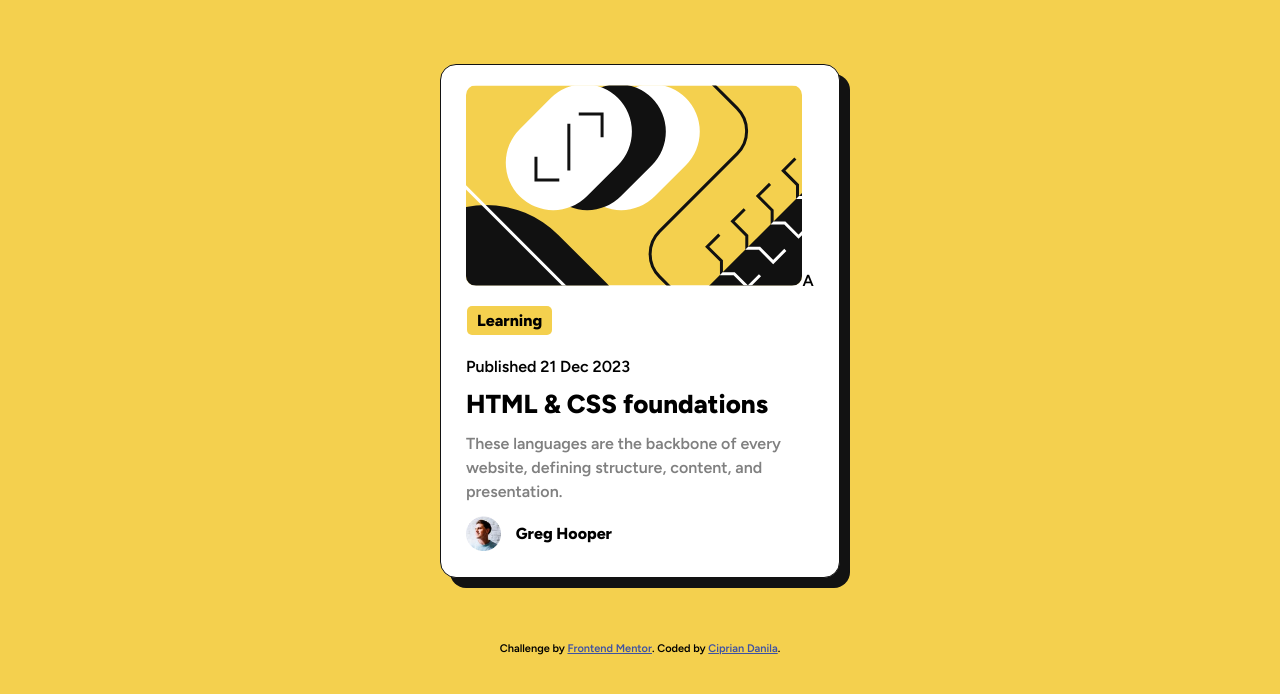
Repository: cipdanila/blog-preview-card
Page: index.html
The author's editor kept a copy of each file at every save. The page is drawn from the files as they stood at one save, then again after the next save.
The browser window is 1280 px wide. The pictures show the whole page.

Above is the page before, as saved 2024-01-26 19:30:14.

### index.html
<!DOCTYPE html>
<html lang="en">
<head>
  <meta charset="UTF-8">
  <meta name="viewport" content="width=device-width, initial-scale=1.0"> <!-- displays site properly based on user's device -->

  <link rel="icon" type="image/png" sizes="32x32" href="./assets/images/favicon-32x32.png">
  <link rel="stylesheet" href="style.css">
  <title>Frontend Mentor | Blog preview card</title>

</head>
<body>
  <main>
    <div class="container">
      <div class="image">
        <img src="./assets/images/illustration-article.svg" alt="illustration article">A
      </div>
      <div class="general">
        <div class="learning">
          <p>Learning</p>
        </div>
        <div class="publish">
          <p>Published 21 Dec 2023</p>
        </div>
        <div class="title">
          <h1>HTML & CSS foundations</h1>
        </div>
        <div class="info">
          <p>
            These languages are the backbone of every website, defining structure, content, and presentation.
          </p>
        </div>
        <div class="avatar">
          <img src="./assets/images/image-avatar.webp" alt="avatar">
          <p>Greg Hooper</p>
        </div>
      </div>
    </div>
  </main>

  <footer>
    <div class="attribution">
        Challenge by
        <a
            href="https://www.frontendmentor.io/challenges/blog-preview-card-ckPaj01IcS"
            target="_blank"
            rel="noopener noreferer"
            >Frontend Mentor</a
        >. Coded by <a href="https://github.com/cipdanila" target="_blank" rel="noopener noreferer">Ciprian Danila</a>.
    </div>
</footer>
</body>
</html>

### style.css
@import url('https://fonts.googleapis.com/css2?family=Figtree:wght@600;800&display=swap');

:root {
    /* Colors */
    /* Primary */
    --yellow: hsl(47, 88%, 63%);

    /* Neutral */
    --white: hsl(0, 0%, 100%);
    --grey: hsl(0, 0%, 50%);
    --black: hsl(0, 0%, 7%);
}

* {
    margin: 0;
    padding: 0;
    box-sizing: border-box;
}

body {
    display: flex;
    flex-direction: column;
    font-family: 'Figtree', sans-serif;
    font-size: 16px;
    font-weight: 600;
    background-color: var(--yellow);
}

.container {
    max-width: 400px;
    margin: 4rem auto;
    padding: 1.25rem 0.625rem;
    border-radius: 1rem;
    border: 1px solid var(--black);
    box-shadow: 10px 10px var(--black);
    display: flex;
    flex-direction: column;
    justify-content: center;
    align-items: center;
    background-color: var(--white);
}

.image img {
    border-radius: 0.625rem;
}

.general {
    display: flex;
    flex-direction: column;
    align-self: start;
}

.learning {
    width: fit-content;
    background-color: var(--yellow);
    margin: 1rem;
    padding: 5px 10px;
    border-radius: 5px;
    font-weight: 800;
}

.publish, .title, .info {
    width: auto;
    margin: 5px;
    padding: 1px 10px;
}

.title h1 {
    font-weight: 800;
    font-size: 1.625rem;
}

.info p {
    color: var(--grey);
    line-height: 1.5;
    font-weight: 100;
}

.avatar {
    width: auto;
    display: flex;
    align-items: center;
    margin: 5px;
    padding: 1px 10px;
}

.avatar img {
    width: 10%;
}

.avatar p {
    display: inline-block;
    margin: 5px;
    padding: 1px 10px;
    font-weight: 800;
}

.attribution {
    font-size: 11px;
    text-align: center;
}
.attribution a {
    color: hsl(228, 45%, 44%);
}

After the next save:
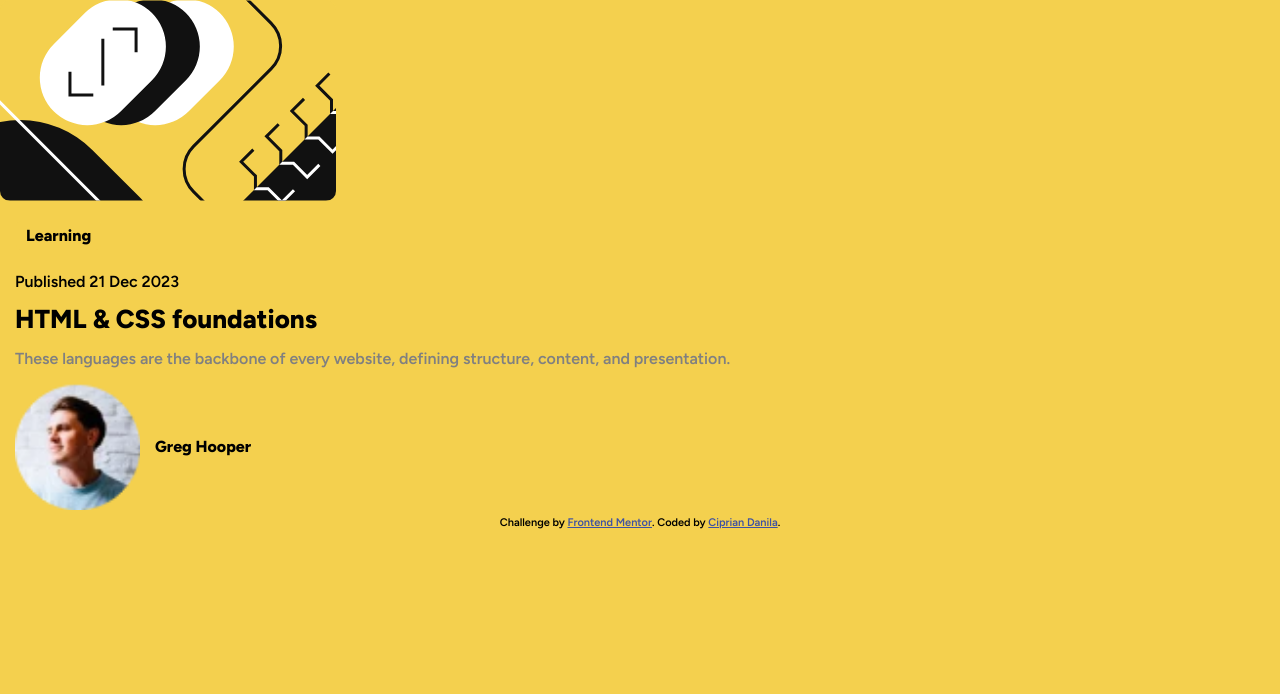
Saved 42 h 16 min later.
--- a/index.html
+++ b/index.html
@@ -11,9 +11,9 @@
 </head>
 <body>
   <main>
-    <div class="container">
+    <div class="card">
       <div class="image">
-        <img src="./assets/images/illustration-article.svg" alt="illustration article">A
+        <img src="./assets/images/illustration-article.svg" alt="illustration article">
       </div>
       <div class="general">
         <div class="learning">
